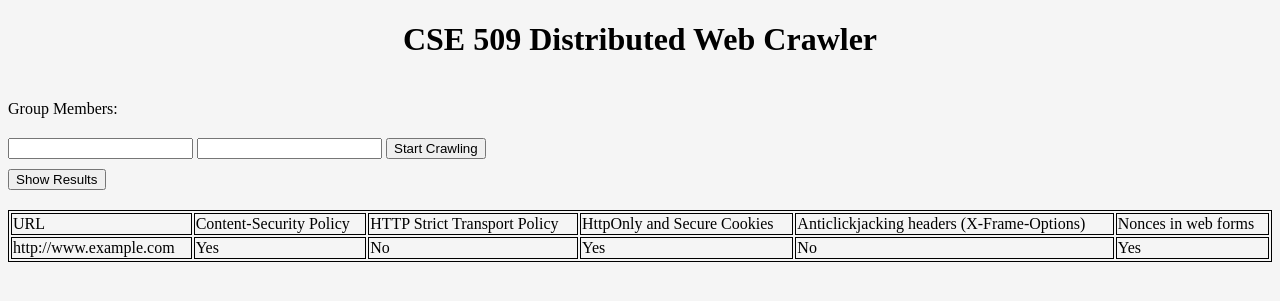
Repository: mfleish3/Crawler
Page: cse509/Crawling/WebContent/index.html
These files come from the project's save history. The page is drawn as it stood at one moment and after the next save; the edit follows.
The browser window is 1280 px wide. The pictures show the whole page.
Some web libraries are served in a nearby version.

Above is the page before, as saved 2015-11-07 22:38:27.

After the next save:
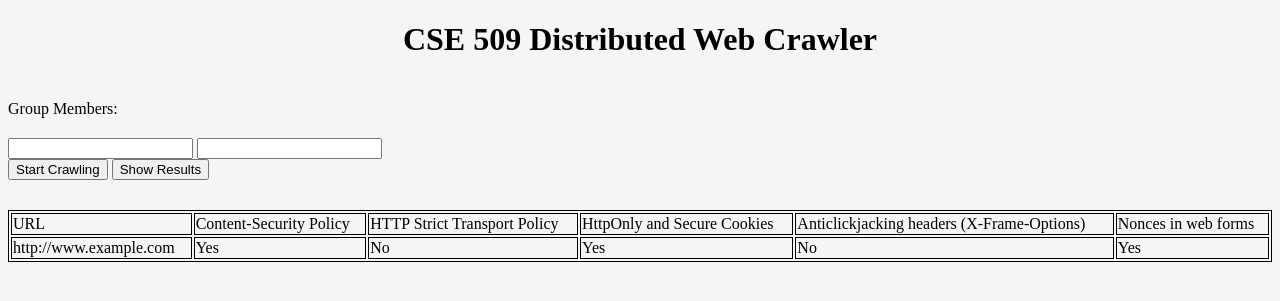
Saved 116 s later.
--- a/cse509/Crawling/WebContent/index.html
+++ b/cse509/Crawling/WebContent/index.html
@@ -23,11 +23,16 @@
 	  	<div id="divInput">
 	  		<input id="domainName" type="text" name="name">
 	  		<input id="numberPages" type="text" name="number">
-	  		<button id="btnResults" type="button">Start Crawling</button>
+
+	  	</div>
+
+	  	<div id="btns">
+	  		<button id="btnSubmit" type="button">Start Crawling</button>
+	  		<button id="btnResults" type="button">Show Results</button>
 	  	</div>
 
 	  	<div id="showResults">
-	  		<button id="btnResults" type="button">Show Results</button>
+
 	  	</div>
 
 		  <div id="divTableMain">
